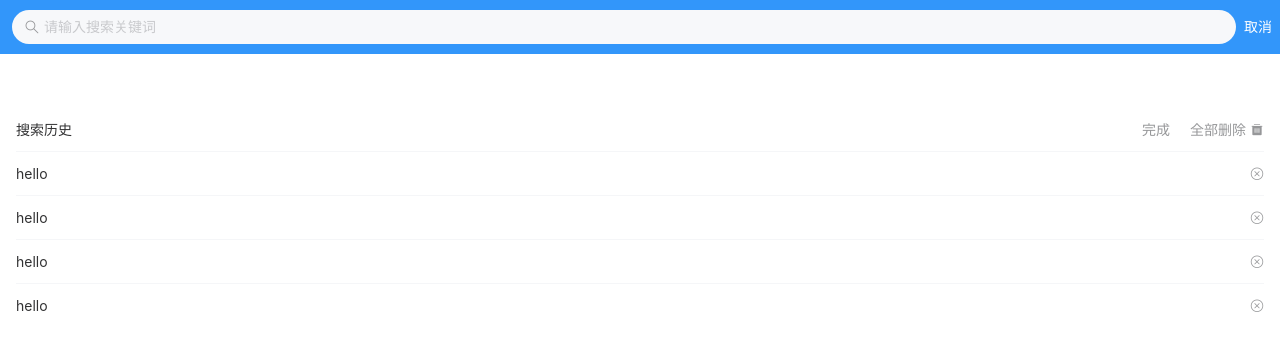
Repository: Tsukiau/yj-toutiao-m
Page: /#/search
These files come from the project's save history. The page is drawn as it stood at one moment and after a run of saves; the edit follows.
The browser window is 1280 px wide. The pictures show the whole page.
The project was rebuilt for these pictures with package versions that can differ from the ones it lists, and the page was loaded fresh each time. Also part of the build but not shown: vue.config.js, src/api/search.js, src/views/search/components/search-result.vue, src/views/search/components/search-suggestion.vue.

Above is the page before, as saved 2022-11-09 20:26:08.

After the next 4 saves:
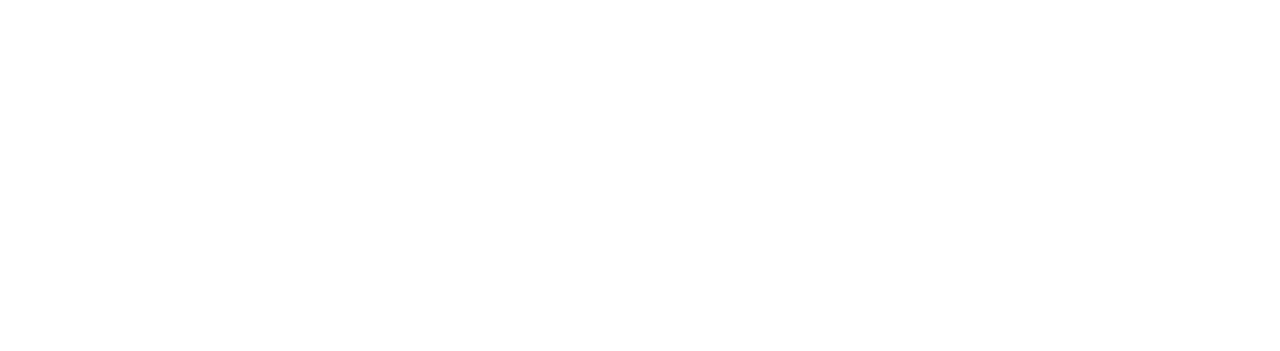
The 4 saves are shown as one change because 1 did not build or start and some came seconds apart.
The last was saved 18 s later.
--- a/src/views/search/components/search-history.vue
+++ b/src/views/search/components/search-history.vue
@@ -24,7 +24,12 @@
 export default {
   name: 'SearchHistory',
   components: {},
-  props: {},
+  props: {
+    searchHistories: {
+       type: Array,
+       required
+    }
+  },
   data () {
     return {}
   },

After the 4 saves that followed:
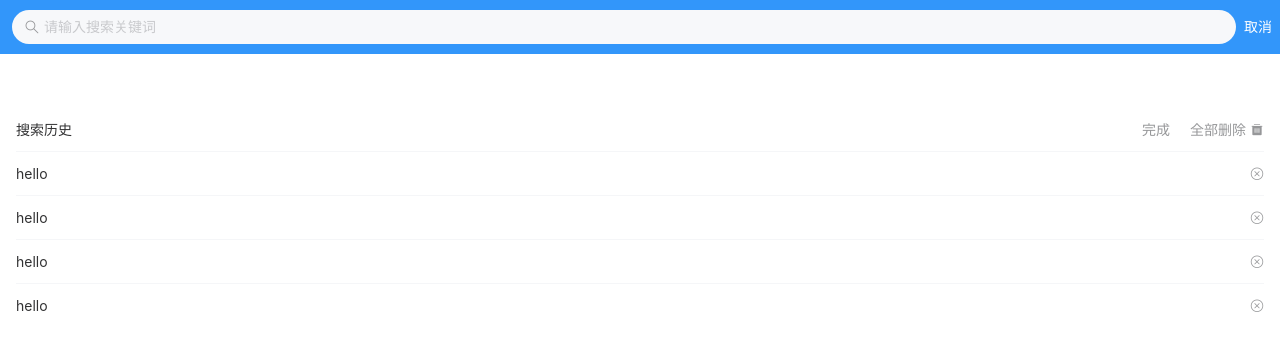
The 4 saves are shown as one change because they came seconds apart.
The last was saved 10 s later.
--- a/src/views/search/components/search-history.vue
+++ b/src/views/search/components/search-history.vue
@@ -23,21 +23,18 @@
 <script>
 export default {
   name: 'SearchHistory',
-  components: {},
   props: {
     searchHistories: {
        type: Array,
-       required
+       required:true
     }
   },
   data () {
-    return {}
+    return {
+
+    }
   },
-  computed: {},
-  watch: {},
-  created () {},
-  mounted () {},
-  methods: {}
+
 }
 </script>
 
